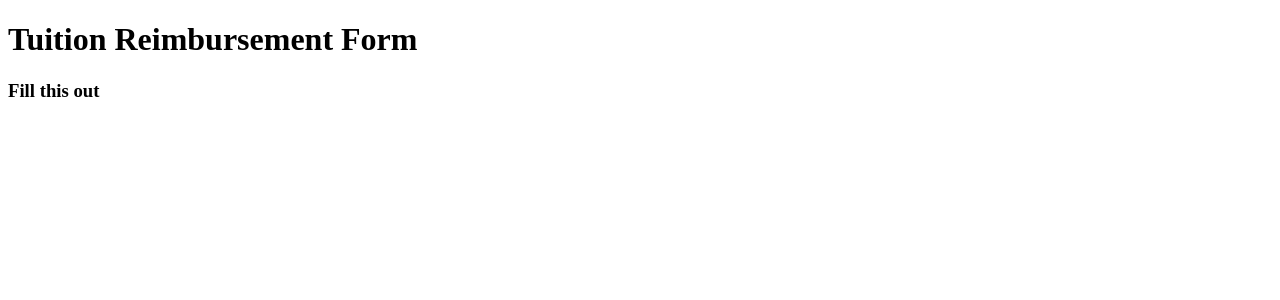
Repository: ricarra08/FullStackBareBones
Page: Project1/src/main/webapp/TRF.html
The author's editor kept a copy of each file at every save. The page is drawn from the files as they stood at one save, then again after the next save.
The browser window is 1280 px wide. The pictures show the whole page.

Above is the page before, as saved 2020-09-10 19:08:20.

After the next save:
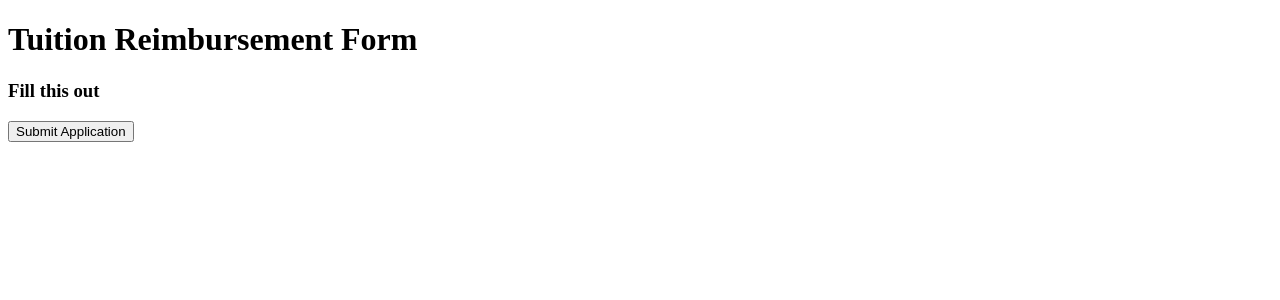
Saved 9 min 32 s later.
--- a/Project1/src/main/webapp/TRF.html
+++ b/Project1/src/main/webapp/TRF.html
@@ -7,5 +7,8 @@
 <body>
 <h1>Tuition Reimbursement Form</h1>
 <h3>Fill this out</h3>
+<form action="/Project1/api/login" method="post">
+		<button type = "submit">Submit Application</button>
+	</form>
 </body>
 </html>
